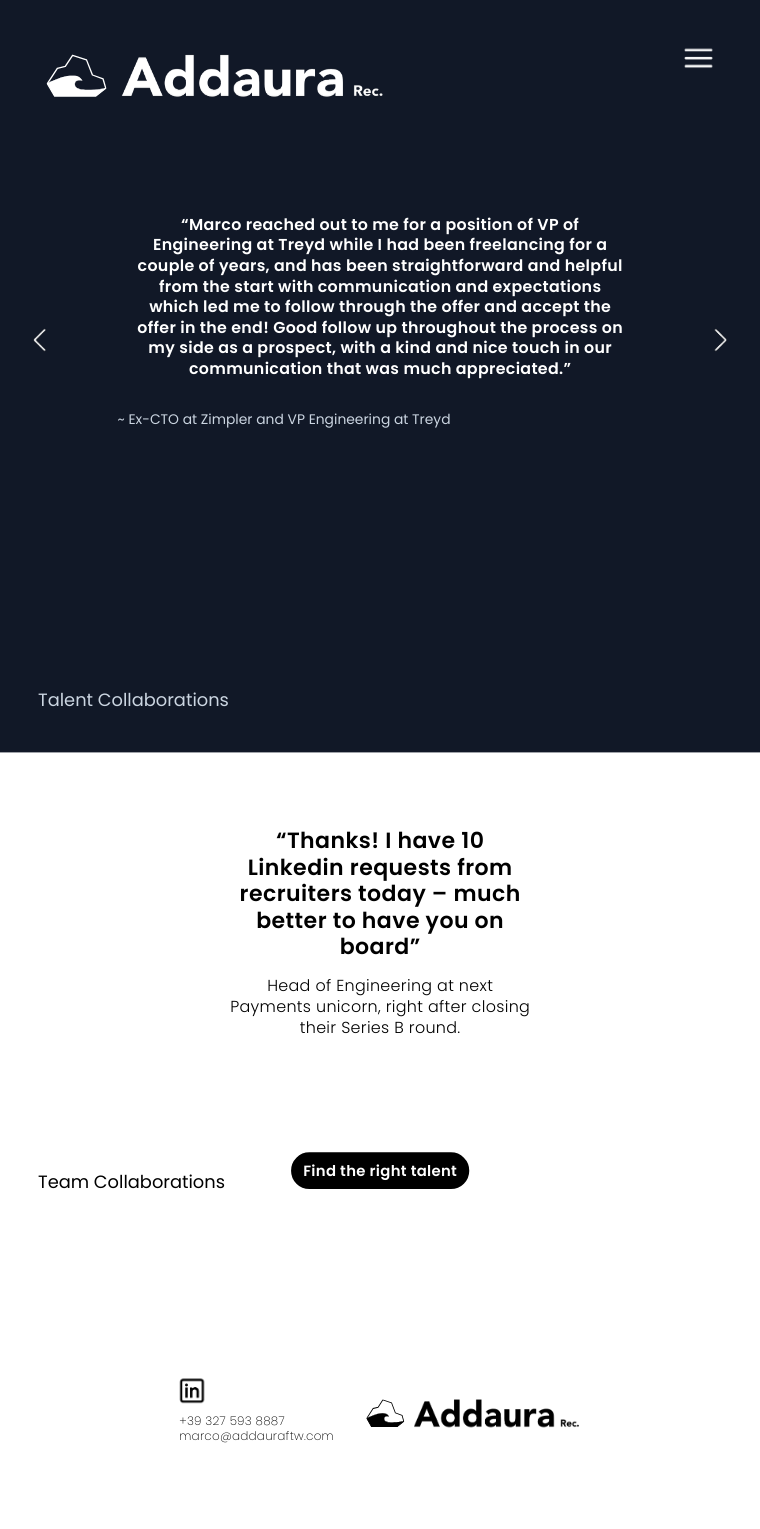
Repository: UnatPannu/Addaura-Trial
Page: public/clients.html
An editor plug-in stored every save of this project. The page is shown before and after the next save, followed by the edit.
The browser window is 768 px wide. The pictures show the whole page, at 99% of full size.
The pointer rests on the first visible `.mobile-cta`.

Above is the page before, as saved 2025-09-22 19:38:59.

After the next save:
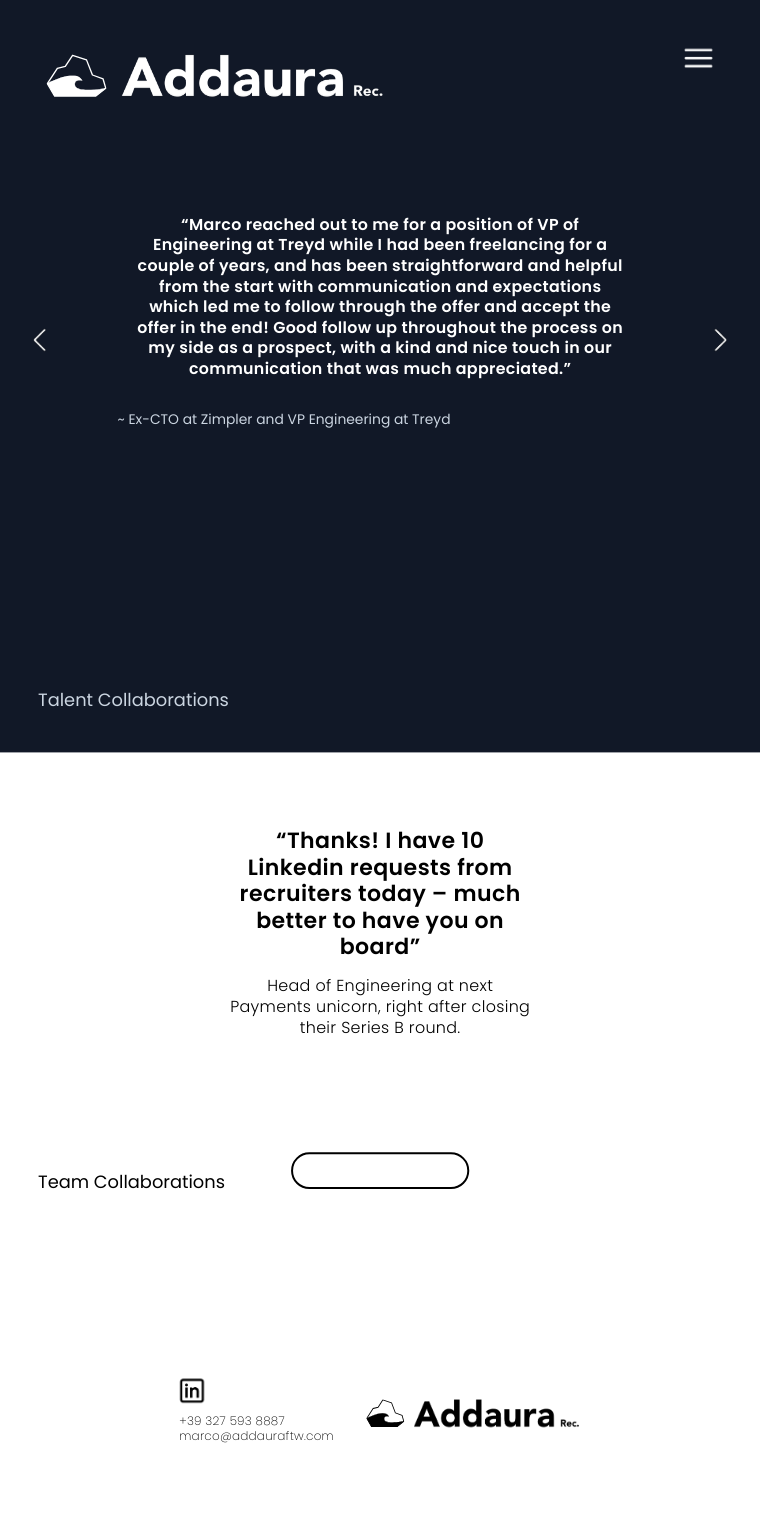
Saved 12 s later.
--- a/public/styles/clients.css
+++ b/public/styles/clients.css
@@ -169,6 +169,6 @@
     border:2px solid black;
   }
   .mobile-cta:hover{
-    border:
+    background-color:transparent;
   }
 }

After the 3 saves that followed:
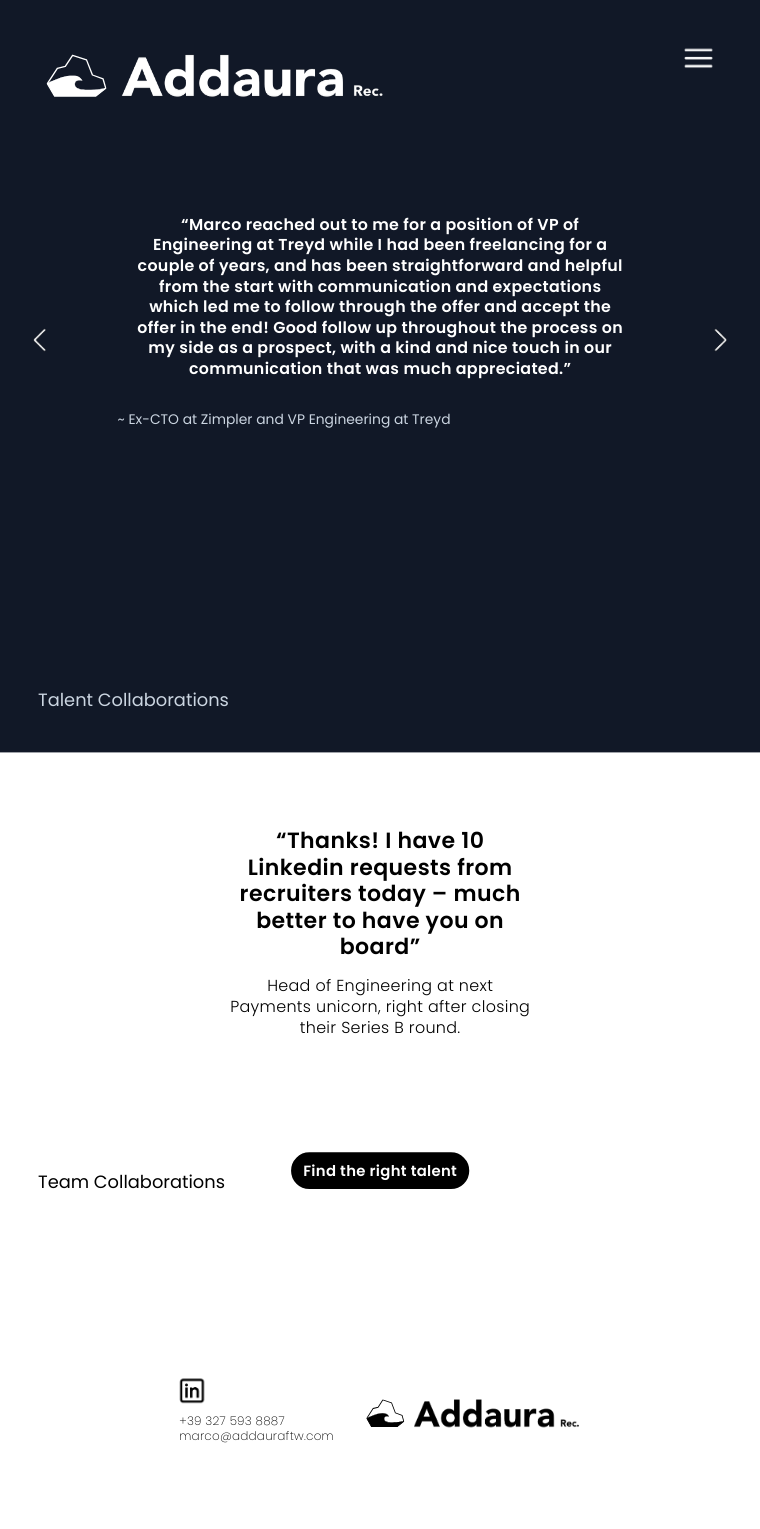
The 3 saves are shown as one change because 1 left the picture as it was and some came seconds apart.
The last was saved 16 s later.
--- a/public/styles/clients.css
+++ b/public/styles/clients.css
@@ -168,7 +168,4 @@
     margin-inline:auto;
     border:2px solid black;
   }
-  .mobile-cta:hover{
-    background-color:transparent;
-  }
 }
